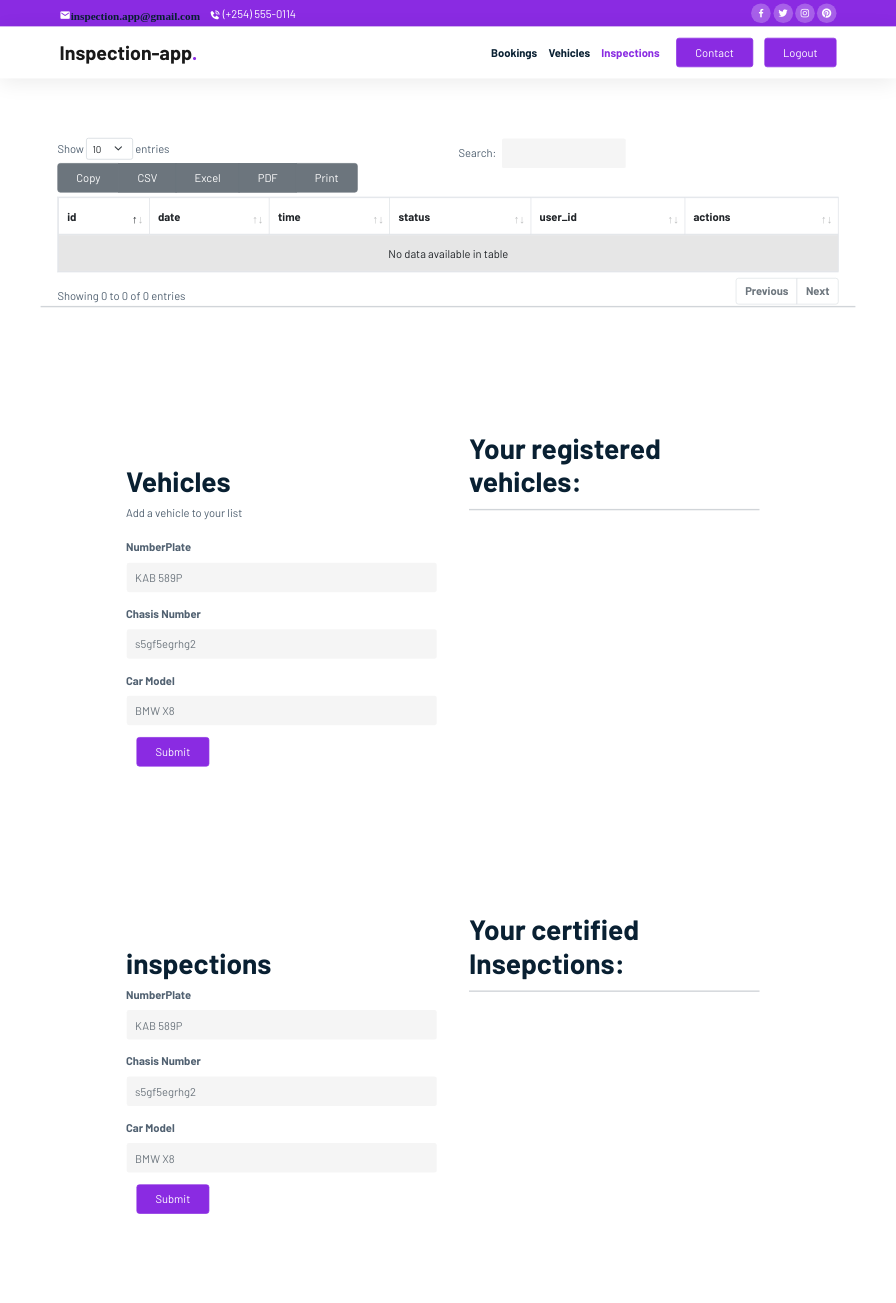
Repository: Jaynie8085/INSPECTION-APP
Page: client/admnDashboard.html
These files come from the project's save history. The page is drawn as it stood at one moment and after the next save; the edit follows.
The browser window is 1280 px wide. The pictures show the whole page, at 70% of full size.
The page's requests for data from a server got no answer.

Above is the page before, as saved 2022-10-17 06:01:16.
Console error: ReferenceError: fetchBookings is not defined

After the next save:
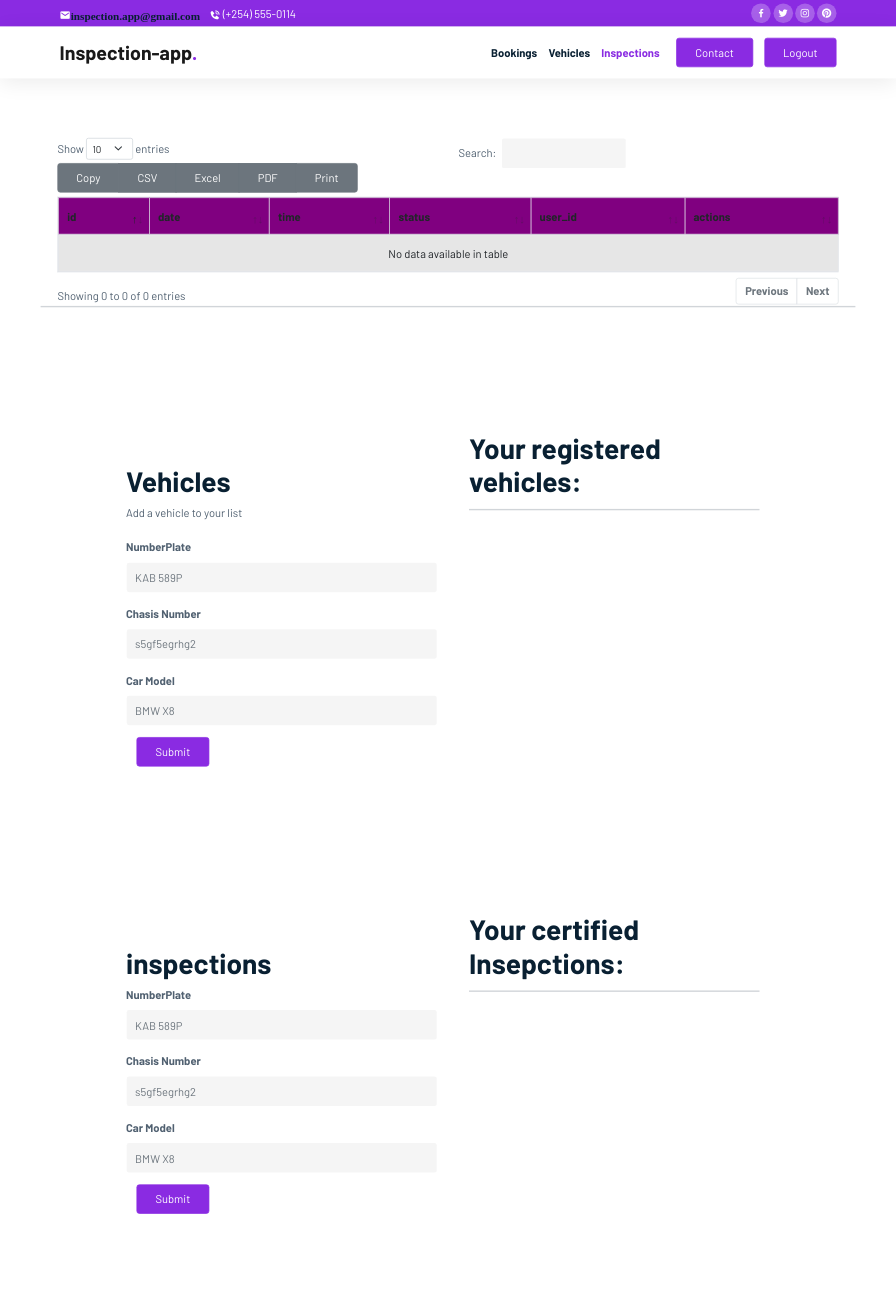
Saved 3 s later.
--- a/client/admnDashboard.html
+++ b/client/admnDashboard.html
@@ -77,7 +77,7 @@
             <div class="container">
                 <div class="row justify-content-center">
                     <table id="example" class="table table-striped table-bordered">
-                        <thead class="" style="">
+                        <thead class="" style="background-color:purple">
                             <tr>
                                 <th>id</th>
                                 <th>date</th>
